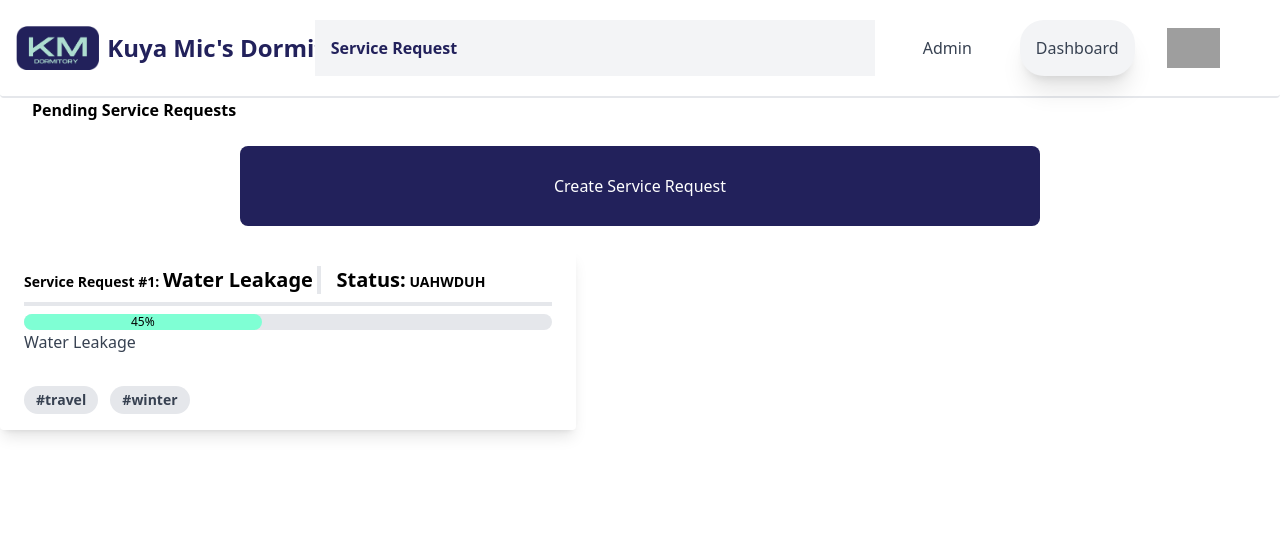
Repository: theamgri/Dormitory-Management-System
Page: servicerequest.html
The author's editor kept a copy of each file at every save. The page is drawn from the files as they stood at one save, then again after the next save.
The browser window is 1280 px wide. The pictures show the whole page.
Pictures or frames that could not be fetched are drawn as grey boxes. Some web libraries are served in a nearby version.

Above is the page before, as saved 2023-01-12 00:18:27.

### servicerequest.html
<!DOCTYPE html>
<html lang="en">
<head>
    <script src="https://cdn.tailwindcss.com"></script>
    <meta charset="UTF-8">
    <meta http-equiv="X-UA-Compatible" content="IE=edge">
    <meta name="viewport" content="width=device-width, initial-scale=1.0">
    <link rel="icon" type="image/x-icon" href="/assets/logo.png">
    <title>Service Request</title>

    <nav class="bg-white border-b-2 border-gray-200 px-2 sm:px-4 py-1 rounded dark:bg-gray-100">
        <div class="container flex flex-wrap items-center justify-between mx-auto">
          <a href="/" class="flex sm:items-left">
              <img src="/assets/logo.png" class="h-11" alt="KM Logo" />
              <span class="self-center align-middle pl-2 text-2xl font-Montserrat font-bold whitespace-nowrap" style="color: #22215B">Kuya Mic's Dormitory </span>
          </a>

          <button data-collapse-toggle="navbar-default" type="button" class="inline-flex items-center p-2 ml-3 text-sm text-gray-500 rounded-lg md:hidden hover:bg-gray-100 focus:outline-none focus:ring-2 focus:ring-gray-200 dark:text-gray-400 dark:hover:bg-gray-700 dark:focus:ring-gray-600" aria-controls="navbar-default" aria-expanded="false">
          <svg class="w-6 h-6" aria-hidden="true" fill="currentColor" viewBox="0 0 20 20" xmlns="http://www.w3.org/2000/svg"><path fill-rule="evenodd" d="M3 5a1 1 0 011-1h12a1 1 0 110 2H4a1 1 0 01-1-1zM3 10a1 1 0 011-1h12a1 1 0 110 2H4a1 1 0 01-1-1zM3 15a1 1 0 011-1h12a1 1 0 110 2H4a1 1 0 01-1-1z" clip-rule="evenodd"></path></svg>
          </button>
          <div class="hidden w-full md:block md:w-auto" id="navbar-default">

            <ul class="flex flex-col p-4 mt-4 border border-gray-100 rounded-lg md:flex-row md:space-x-8 md:mt-0 md:text-sm md:font-medium md:border-0">

              <li>
                <a href="#" class="block font-bold bg-gray-100 font-Montserrat text-base md:p-4" aria-current="page" style="color: #22215B; margin-left:-35rem;">Service Request</a>
              </li>
              <li>
                <a href="index.html" class="block font-Montserrat rounded text-base md:text-gray-700 md:p-4" aria-current="page">Admin</a>
              </li>
              <li>
                <a href="home.html" class="block shadow-xl bg-gray-100 font-Montserrat rounded-3xl text-base md:text-gray-700 md:p-4" aria-current="page">Dashboard</a>
              </li>
              <li>
                <a href="home.html" class="block py-2 pl-0 pr-4" aria-current="page"><img src="https://icones.pro/wp-content/uploads/2021/02/icone-utilisateur-gris.png" class="h-1 mr-3 sm:h-10" alt="KM Logo" /></a>
              </li>
            </ul>
          </div>

        </div>
      </nav>
</head>
<body>
    <h1 class="text-left pl-8 font-semibold">Pending Service Requests</h1>
    <div class="sm:text-center pb-6">
        <button onclick="location.href='#'" type="submit" class="mt-6 text-white bg-primary-600 focus:ring-4 focus:outline-none focus:ring-primary-300 font-medium rounded-lg text-md px-10 py-2.5 sm:text-center " style="margin-left: 0rem; background-color:#22215B; height: 5rem; width: 50rem;">Create Service Request</button>
      </div>

      <div class="max-w-xl rounded overflow-hidden shadow-lg">
        <div class="px-6 py-4">
            <div class="border-b-4 font-bold text-sm mb-2">Service Request #1:
            <div class="inline-block font-bold text-xl mb-2">Water Leakage</div>
            <div class="border-l-4 pl-4 inline-block font-bold text-xl mb-2">Status:</div>

        <p1 class="inline-block">UAHWDUH</p1>
        </div>
        <div class="w-full bg-gray-200 rounded-full dark:bg-gray-700">
            <div class="text-xs font-medium text-center p-0.5 leading-none rounded-full" style="color:black; background-color:aquamarine ;width: 45%"> 45%</div>
          </div>
            <p1 class="text-gray-700 text-base">
              Water Leakage
            </p>
          </div>
          <div class="px-6 pt-4 pb-2">

            <span class="inline-block bg-gray-200 rounded-full px-3 py-1 text-sm font-semibold text-gray-700 mr-2 mb-2">#travel</span>
            <span class="inline-block bg-gray-200 rounded-full px-3 py-1 text-sm font-semibold text-gray-700 mr-2 mb-2">#winter</span>
          </div>
      </div>
</body>
</html>

After the next save:
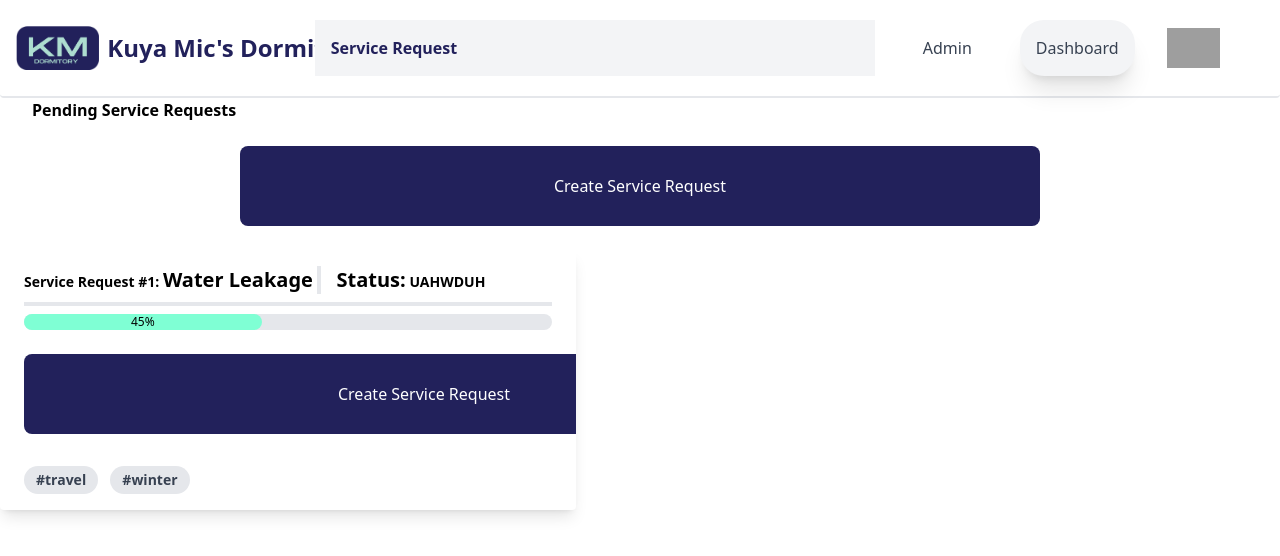
Saved 19 s later.
--- a/servicerequest.html
+++ b/servicerequest.html
@@ -57,9 +57,7 @@
         <div class="w-full bg-gray-200 rounded-full dark:bg-gray-700">
             <div class="text-xs font-medium text-center p-0.5 leading-none rounded-full" style="color:black; background-color:aquamarine ;width: 45%"> 45%</div>
           </div>
-            <p1 class="text-gray-700 text-base">
-              Water Leakage
-            </p>
+          <button onclick="location.href='#'" type="submit" class="mt-6 text-white bg-primary-600 focus:ring-4 focus:outline-none focus:ring-primary-300 font-medium rounded-lg text-md px-10 py-2.5 sm:text-center " style="margin-left: 0rem; background-color:#22215B; height: 5rem; width: 50rem;">Create Service Request</button>
           </div>
           <div class="px-6 pt-4 pb-2">
 
